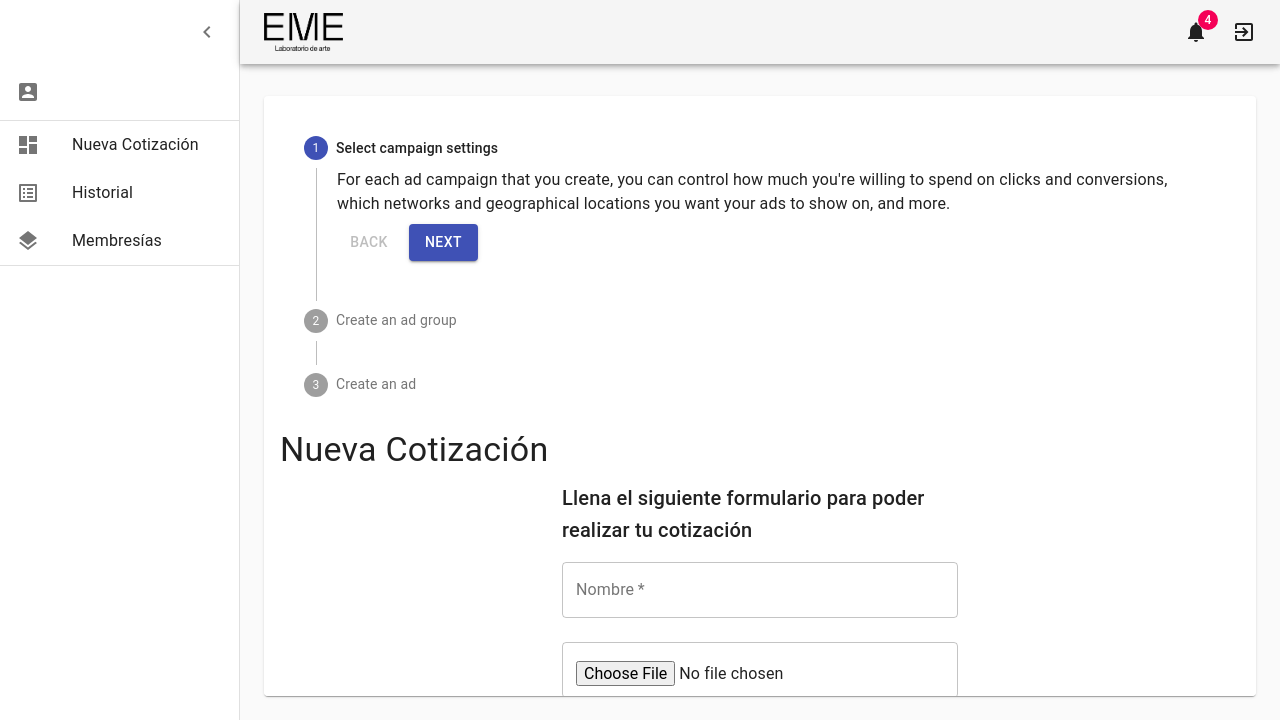
Repository: BrendaCarranco/eme-lab
Page: /Trabajo
The author's editor kept a copy of each file at every save. The page is drawn from the files as they stood at one save, then again after a run of saves.
The browser window is 1280 px wide. The pictures show the whole page.
An inner scrolling area shows only its first screen. Some web libraries are served in a nearby version. The project was rebuilt for these pictures with package versions that can differ from the ones it lists, and the page was loaded fresh each time. Also part of the build but not shown: src/components/buildingPage/Building.js, src/temaConfig.js, src/components/buildingPage/Landing.js, src/components/login/Reset.js, src/components/Dashboard/Historial.js, src/components/Dashboard/Membresias.js, src/components/login/ModalPass.js, src/components/login/ModalRegister.js and 4 more.

Above is the page before, as saved 2020-08-27 19:40:36.

### public/index.html
<!DOCTYPE html>
<html lang="en">

<head>
  <meta charset="utf-8" />

  <meta name="viewport" content="width=device-width, initial-scale=1" />
  <meta name="theme-color" content="#000000" />
  <meta name="description" content="Web site created using create-react-app" />
  <link rel="icon" type="image/png" href="/eme-icon.png">


  </style>

  <!--
      manifest.json provides metadata used when your web app is installed on a
      user's mobile device or desktop. See https://developers.google.com/web/fundamentals/web-app-manifest/
    -->
  <link rel="manifest" href="%PUBLIC_URL%/manifest.json" />
  <!-- CSS only -->
  <link rel="stylesheet" href="https://stackpath.bootstrapcdn.com/bootstrap/4.5.2/css/bootstrap.min.css"
    integrity="sha384-JcKb8q3iqJ61gNV9KGb8thSsNjpSL0n8PARn9HuZOnIxN0hoP+VmmDGMN5t9UJ0Z" crossorigin="anonymous">

  <!--
      Notice the use of %PUBLIC_URL% in the tags above.
      It will be replaced with the URL of the `public` folder during the build.
      Only files inside the `public` folder can be referenced from the HTML.

      Unlike "/favicon.ico" or "favicon.ico", "%PUBLIC_URL%/favicon.ico" will
      work correctly both with client-side routing and a non-root public URL.
      Learn how to configure a non-root public URL by running `npm run build`.
    -->
  <title>EME Laboratorio de arte</title>
</head>

<body>
  <noscript>You need to enable JavaScript to run this app.</noscript>
  <div id="root"></div>
  <!--
      This HTML file is a template.
      If you open it directly in the browser, you will see an empty page.

      You can add webfonts, meta tags, or analytics to this file.
      The build step will place the bundled scripts into the <body> tag.

      To begin the development, run `npm start` or `yarn start`.
      To create a production bundle, use `npm run build` or `yarn build`.
    -->
  <!-- Compiled and minified JavaScript -->

  <script src="https://code.jquery.com/jquery-3.2.1.slim.min.js"
    integrity="sha384-KJ3o2DKtIkvYIK3UENzmM7KCkRr/rE9/Qpg6aAZGJwFDMVNA/GpGFF93hXpG5KkN"
    crossorigin="anonymous"></script>
  <script src="https://cdnjs.cloudflare.com/ajax/libs/popper.js/1.12.9/umd/popper.min.js"
    integrity="sha384-ApNbgh9B+Y1QKtv3Rn7W3mgPxhU9K/ScQsAP7hUibX39j7fakFPskvXusvfa0b4Q"
    crossorigin="anonymous"></script>
  <script src="https://maxcdn.bootstrapcdn.com/bootstrap/4.0.0/js/bootstrap.min.js"
    integrity="sha384-JZR6Spejh4U02d8jOt6vLEHfe/JQGiRRSQQxSfFWpi1MquVdAyjUar5+76PVCmYl"
    crossorigin="anonymous"></script>
</body>

</html>

### src/App.js
import React, { useEffect, useState, useContext } from 'react';
import { BrowserRouter, Switch, Route } from 'react-router-dom';
import { firebase } from './firebase';
import Building from './components/buildingPage/Building';
import Landing from './components/buildingPage/Landing';
import Reset from './components/login/Reset';
import Dashboard from './components/Dashboard/Dashboard';
import SignInSide from './components/login/SignInSide';
import Admin from './components/admin/Admin';

import { UserContext } from './context/UserProvider';
import NoMember from './components/Dashboard/NoMember';

function App() {

  const [firebaseUser, setFirebaseUser] = useState(null);
  const [fbName, setFbName] = useState('');
  const [fbMail, setFbMail] = useState('');
  const [usersFiles, setUsersFiles] = useState([]);


  const { userProvider } = useContext(UserContext);


  //Observador
  useEffect(() => {
    firebase.auth().onAuthStateChanged(user => {
      console.log(user);
      if (user) {
        setFbName(user.displayName);
        setFbMail(user.email);
        setFirebaseUser(user);
      } else {
        setFirebaseUser(null);
        return;
      }
    });
  }, [firebaseUser]);

  return (
    <BrowserRouter>
      <Switch>
        <Route exact path='/'>
          <Landing />
        </Route>
        {/*
        <Route path='/admin'>
          <Admin usersFiles={usersFiles} />
        </Route> */}

        <Route path='/dashboard'>

          {
            userProvider.role === 'Admin' && <Admin usersFiles={usersFiles} />
          }
          {
            userProvider.role === 'Miembro' && <Dashboard firebaseUser={firebaseUser} setUsersFiles={setUsersFiles} usersFiles={usersFiles} fbMail={fbMail} />
          }
          {
            userProvider.role === 'Invitado' && <NoMember />
          }



        </Route>

        <Route path='/signin'>
          <SignInSide />
        </Route>

        <Route path='/Admin'>
          <Admin />
        </Route>

        <Route path='/Trabajo'>
          <Dashboard />
        </Route>



      </Switch>
    </BrowserRouter>
  );
}

export default App;

### src/context/UserProvider.js
import React, { createContext, useEffect } from 'react';
import { useState } from 'react';
import { firebase } from '../firebase';

export const UserContext = createContext();

const UserProvider = (props) => {

    const dataInitialUser = {
        email: null,
        uid: null,
        role: 'Invitado',
        displayName: null
    };

    const [userProvider, setUserProvider] = useState(dataInitialUser);


    useEffect(() => {
        detectUser();
    }, []);

    const detectUser = () => {
        firebase.auth().onAuthStateChanged(user => {
            if (user) {
                console.log(user, 'user provider');
                user.getIdTokenResult()
                    .then(idTokenResult => {
                        console.log(idTokenResult, 'token');
                        if (!!idTokenResult.claims.Admin) {
                            console.log('es admin');
                            setUserProvider({
                                email: user.email,
                                uid: user.uid,
                                displayName: user.displayName,
                                role: 'Admin'

                            });
                        } else if (!!idTokenResult.claims.Member) {
                            console.log('es miembro');
                            setUserProvider({
                                email: user.email,
                                uid: user.uid,
                                displayName: user.displayName,
                                role: 'Miembro'
                            });
                        } else {
                            console.log('es invitado');
                            setUserProvider({
                                email: user.email,
                                uid: user.uid,
                                displayName: user.displayName,
                                role: 'Invitado'

                            });
                        }
                    }
                    );

            } else {
                console.log(user, 'user provider null');
            }
        });
    };

    const userRegister = async (email, password, name) => {
        try {
            const res = await firebase.auth().createUserWithEmailAndPassword(email, password);
            const collection = await firebase.firestore().collection('usuarios').doc(res.user.email).get();

            if (!collection.exists) {
                await firebase.firestore().collection('usuarios').doc(res.user.email).set({
                    email: res.user.email,
                    uid: res.user.uid,
                    role: 'Invitado',
                    displayName: name
                });
                let current = firebase.auth().currentUser;
                current.updateProfile({
                    displayName: name
                });

            }

        } catch (error) {
            console.log(error);
        }
        firebase.auth().signOut();
    };

    return (
        <UserContext.Provider value={{ userProvider, userRegister }} >
            {props.children}
        </UserContext.Provider>
    );
};

export default UserProvider;

### src/firebase.js
import firebase from 'firebase/app';
import 'firebase/auth';
import 'firebase/firestore';
import 'firebase/storage';
import 'firebase/functions';

const firebaseConfig = {
    apiKey: "AIzaSyB1b8DSEsphXC6iROi09Go8DnzwT9N6RYY",
    authDomain: "eme-lab.firebaseapp.com",
    databaseURL: "https://eme-lab.firebaseio.com",
    projectId: "eme-lab",
    storageBucket: "eme-lab.appspot.com",
    messagingSenderId: "906776180001",
    appId: "1:906776180001:web:939db4508539931fda3a60"
};
// Initialize Firebase
firebase.initializeApp(firebaseConfig);

export { firebase };

### src/components/Dashboard/Cotizacion.js
import React, { useState } from 'react';
import { firebase } from '../../firebase';
import moment from 'moment';
import 'moment/locale/es';

import Container from '@material-ui/core/Container';
import { makeStyles } from '@material-ui/core/styles';
import Typography from '@material-ui/core/Typography';
import Title from './Title';
import TextField from '@material-ui/core/TextField';
import Button from '@material-ui/core/Button';
import Paper from '@material-ui/core/Paper';
import Stepper from '@material-ui/core/Stepper';
import Step from '@material-ui/core/Step';
import StepLabel from '@material-ui/core/StepLabel';
import StepContent from '@material-ui/core/StepContent';

const useStyles = makeStyles((theme) => ({
  root: {
    width: '100%',
  },
  button: {
    marginTop: theme.spacing(1),
    marginRight: theme.spacing(1),
  },
  actionsContainer: {
    marginBottom: theme.spacing(2),
  },
  resetContainer: {
    padding: theme.spacing(3),
  },
}));

function getSteps() {
  return ['Select campaign settings', 'Create an ad group', 'Create an ad'];
}

function getStepContent(step) {
  switch (step) {
    case 0:
      return `For each ad campaign that you create, you can control how much
              you're willing to spend on clicks and conversions, which networks
              and geographical locations you want your ads to show on, and more.`;
    case 1:
      return 'An ad group contains one or more ads which target a shared set of keywords.';
    case 2:
      return `Try out different ad text to see what brings in the most customers,
              and learn how to enhance your ads using features like ad extensions.
              If you run into any problems with your ads, find out how to tell if
              they're running and how to resolve approval issues.`;
    default:
      return 'Unknown step';
  }
}

const Cotizacion = ({ firebaseUser, setUsersFiles, usersFiles }) => {
  const classes = useStyles();
  const [activeStep, setActiveStep] = React.useState(0);
  const steps = getSteps();

  const handleNext = () => {
    setActiveStep((prevActiveStep) => prevActiveStep + 1);
  };

  const handleBack = () => {
    setActiveStep((prevActiveStep) => prevActiveStep - 1);
  };

  const handleReset = () => {
    setActiveStep(0);
  };
  const [fileUrl, setFileUrl] = useState(null);
  const [input, setInput] = useState('');
  //const [usersFiles, setUsersFiles] = useState([]);

  let time = Date.now();
  let timeFormat = moment(time).format('LLL');

  const handleChangeFile = async e => {
    const file = e.target.files[0];
    const storageRef = firebase.storage().ref('Cotizaciones').child(firebaseUser.email);
    const fileRef = storageRef.child(file.name);
    await fileRef.put(file);
    setFileUrl(await fileRef.getDownloadURL());
  };

  const handleSubmit = e => {
    e.preventDefault();
    //console.log('submit');

    const username = e.target.username.value;
    setInput(username);
    if (!username) {
      return;
    }

    const newUserFile = {
      name: username,
      fileLink: fileUrl,
      date: timeFormat,
      email: firebaseUser.email,
      user: firebaseUser.displayName,
      status: 'Pendiente'
    };
    //esta sube la imegen
    firebase.firestore().collection('files').doc().set(newUserFile);
    setUsersFiles([
      ...usersFiles,
      { ...newUserFile }

    ]);
    setInput('');
    setFileUrl('');
    return alert('archivo subido');
  };

  /*   const emailUpdate = async () => {
      const a = await firebase.auth().onAuthStateChanged(function (user) {
        if (user) {
          setUserEmail(user.email);
          return;
          // User is signed in.
        } else {
          return;
        }
      });
    };
    emailUpdate();

    useEffect(() => {
      const fetchUsersFiles = async () => {
        const usersFilesCollection = await firebase.firestore().collection('files').where("email", "==", userEmail).get();
        setUsersFiles(usersFilesCollection.docs.map(doc => {
          return doc.data();
        }));
      };
      fetchUsersFiles();
    }, [setUsersFiles, userEmail]);

    console.log(usersFiles); */


  return (
    <React.Fragment>

      <Stepper activeStep={activeStep} orientation="vertical">
        {steps.map((label, index) => (
          <Step key={label}>
            <StepLabel>{label}</StepLabel>
            <StepContent>
              <Typography>{getStepContent(index)}</Typography>
              <div className={classes.actionsContainer}>
                <div>
                  <Button
                    disabled={activeStep === 0}
                    onClick={handleBack}
                    className={classes.button}
                  >
                    Back
                  </Button>
                  <Button
                    variant="contained"
                    color="primary"
                    onClick={handleNext}
                    className={classes.button}
                  >
                    {activeStep === steps.length - 1 ? 'Finish' : 'Next'}
                  </Button>
                </div>
              </div>
            </StepContent>
          </Step>
        ))}
      </Stepper>
      {activeStep === steps.length && (
        <Paper square elevation={0} className={classes.resetContainer}>
          <Typography>All steps completed - you&apos;re finished</Typography>
          <Button onClick={handleReset} className={classes.button}>
            Reset
          </Button>
        </Paper>
      )}
      <Title>Nueva Cotización</Title>
      <Container maxWidth="xs">
        <Typography variant="h6" color="initial">
          Llena el siguiente formulario para poder realizar tu cotización
       </Typography>
        <form onSubmit={handleSubmit}>
          <TextField
            variant="outlined"
            margin="normal"
            required
            fullWidth
            id="outlined-basic"
            label="Nombre"
            name='username'
            onChange={e => setInput(e.target.value)}
            value={input}

          />
          <TextField
            variant="outlined"
            margin="normal"
            required
            fullWidth
            id="outlined-basic"
            name='file'
            type='file'
            onChange={handleChangeFile}
          />
          <Button
            type="submit"
            fullWidth
            variant="outlined"
            color="default"
          >Enviar</Button>



        </form>
      </Container>
    </React.Fragment>


  );
};

export default Cotizacion;

### src/components/Dashboard/Title.js

import React from 'react';
import PropTypes from 'prop-types';
import Typography from '@material-ui/core/Typography';

export default function Title(props) {
  return (
    <Typography component="h2" variant="h4" color="default" gutterBottom>
      {props.children}
    </Typography>
  );
}

Title.propTypes = {
  children: PropTypes.node,
};

Loaded but not shown: src/index.js (common file); src/index.css (common file); src/serviceWorker.js (common file); src/components/Dashboard/Dashboard.js (300 lines, source omitted)

After the next 4 saves:
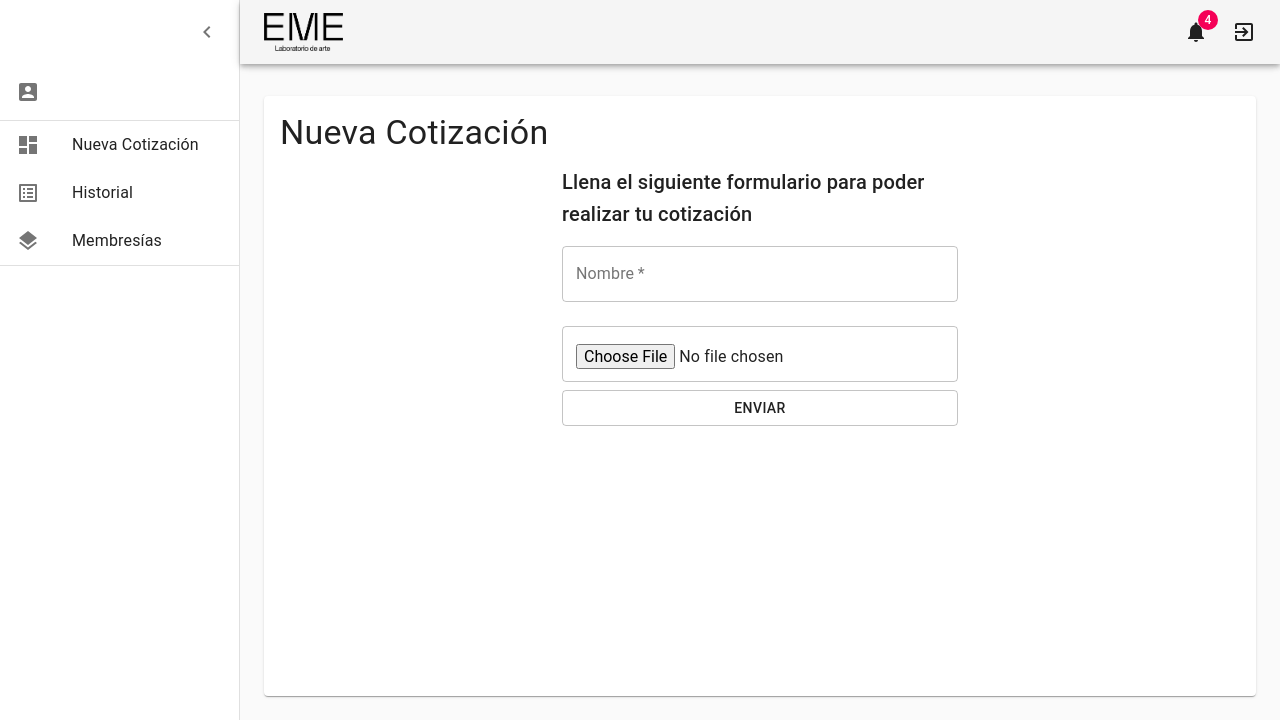
The 4 saves are shown as one change because 3 did not build or start.
The last was saved 25 min 51 s later.
--- a/src/components/Dashboard/Cotizacion.js
+++ b/src/components/Dashboard/Cotizacion.js
@@ -9,11 +9,6 @@ import Typography from '@material-ui/core/Typography';
 import Title from './Title';
 import TextField from '@material-ui/core/TextField';
 import Button from '@material-ui/core/Button';
-import Paper from '@material-ui/core/Paper';
-import Stepper from '@material-ui/core/Stepper';
-import Step from '@material-ui/core/Step';
-import StepLabel from '@material-ui/core/StepLabel';
-import StepContent from '@material-ui/core/StepContent';
 
 const useStyles = makeStyles((theme) => ({
   root: {
@@ -31,44 +26,9 @@ const useStyles = makeStyles((theme) => ({
   },
 }));
 
-function getSteps() {
-  return ['Select campaign settings', 'Create an ad group', 'Create an ad'];
-}
 
-function getStepContent(step) {
-  switch (step) {
-    case 0:
-      return `For each ad campaign that you create, you can control how much
-              you're willing to spend on clicks and conversions, which networks
-              and geographical locations you want your ads to show on, and more.`;
-    case 1:
-      return 'An ad group contains one or more ads which target a shared set of keywords.';
-    case 2:
-      return `Try out different ad text to see what brings in the most customers,
-              and learn how to enhance your ads using features like ad extensions.
-              If you run into any problems with your ads, find out how to tell if
-              they're running and how to resolve approval issues.`;
-    default:
-      return 'Unknown step';
-  }
-}
 
 const Cotizacion = ({ firebaseUser, setUsersFiles, usersFiles }) => {
-  const classes = useStyles();
-  const [activeStep, setActiveStep] = React.useState(0);
-  const steps = getSteps();
-
-  const handleNext = () => {
-    setActiveStep((prevActiveStep) => prevActiveStep + 1);
-  };
-
-  const handleBack = () => {
-    setActiveStep((prevActiveStep) => prevActiveStep - 1);
-  };
-
-  const handleReset = () => {
-    setActiveStep(0);
-  };
   const [fileUrl, setFileUrl] = useState(null);
   const [input, setInput] = useState('');
   //const [usersFiles, setUsersFiles] = useState([]);
@@ -142,44 +102,6 @@ const Cotizacion = ({ firebaseUser, setUsersFiles, usersFiles }) => {
 
   return (
     <React.Fragment>
-
-      <Stepper activeStep={activeStep} orientation="vertical">
-        {steps.map((label, index) => (
-          <Step key={label}>
-            <StepLabel>{label}</StepLabel>
-            <StepContent>
-              <Typography>{getStepContent(index)}</Typography>
-              <div className={classes.actionsContainer}>
-                <div>
-                  <Button
-                    disabled={activeStep === 0}
-                    onClick={handleBack}
-                    className={classes.button}
-                  >
-                    Back
-                  </Button>
-                  <Button
-                    variant="contained"
-                    color="primary"
-                    onClick={handleNext}
-                    className={classes.button}
-                  >
-                    {activeStep === steps.length - 1 ? 'Finish' : 'Next'}
-                  </Button>
-                </div>
-              </div>
-            </StepContent>
-          </Step>
-        ))}
-      </Stepper>
-      {activeStep === steps.length && (
-        <Paper square elevation={0} className={classes.resetContainer}>
-          <Typography>All steps completed - you&apos;re finished</Typography>
-          <Button onClick={handleReset} className={classes.button}>
-            Reset
-          </Button>
-        </Paper>
-      )}
       <Title>Nueva Cotización</Title>
       <Container maxWidth="xs">
         <Typography variant="h6" color="initial">
